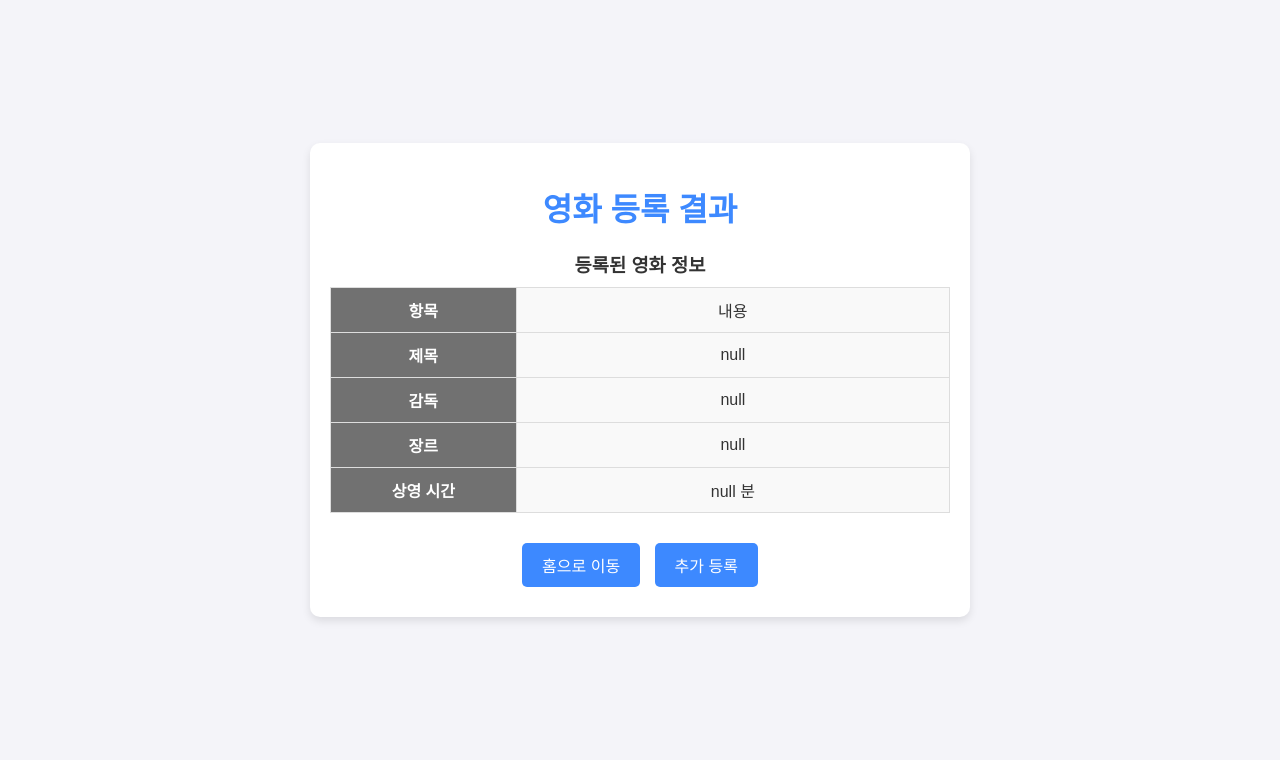
Repository: s00ngle/SSAFY-BE
Page: http://localhost/back_db_ws_01_2/regist_result.jsp
An editor plug-in stored every save of this project. The page is shown before and after the next save, followed by the edit.
The browser window is 1280 px wide. The pictures show the whole page.
The page is served by Tomcat 10. The template is opened directly, without the code that normally fills it, so the values that code supplies are empty.

Above is the page before, as saved 2024-09-24 04:35:16.

After the next save:
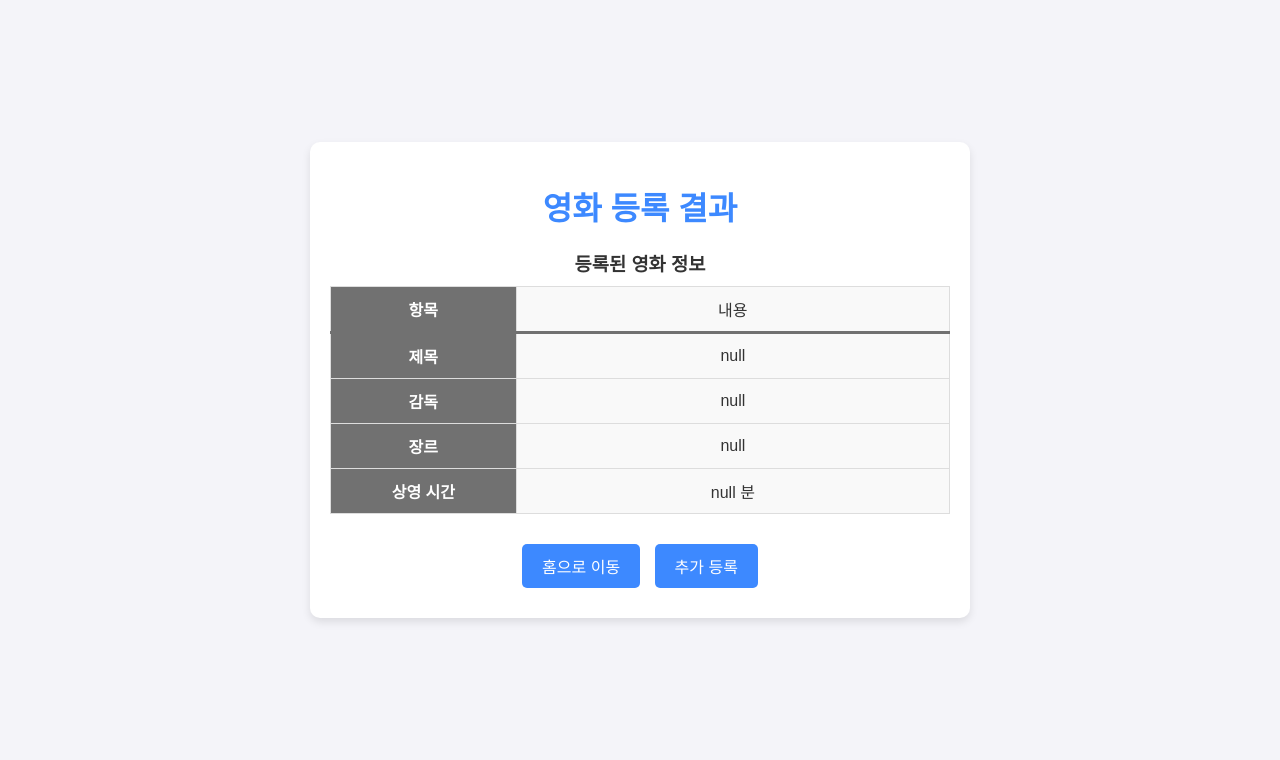
Saved 2 min 1 s later.
--- a/back_db_ws_01_2/src/main/webapp/regist_result.jsp
+++ b/back_db_ws_01_2/src/main/webapp/regist_result.jsp
@@ -61,6 +61,10 @@
             background-color: #f9f9f9;
         }
 
+        tr:first-child th, tr:first-child td {
+            border-bottom: 3px solid #717171; /* 두껍게 하고 싶은 테두리 설정 */
+        }
+
         a {
             display: inline-block;
             margin: 10px 5px;

After the 2 saves that followed:
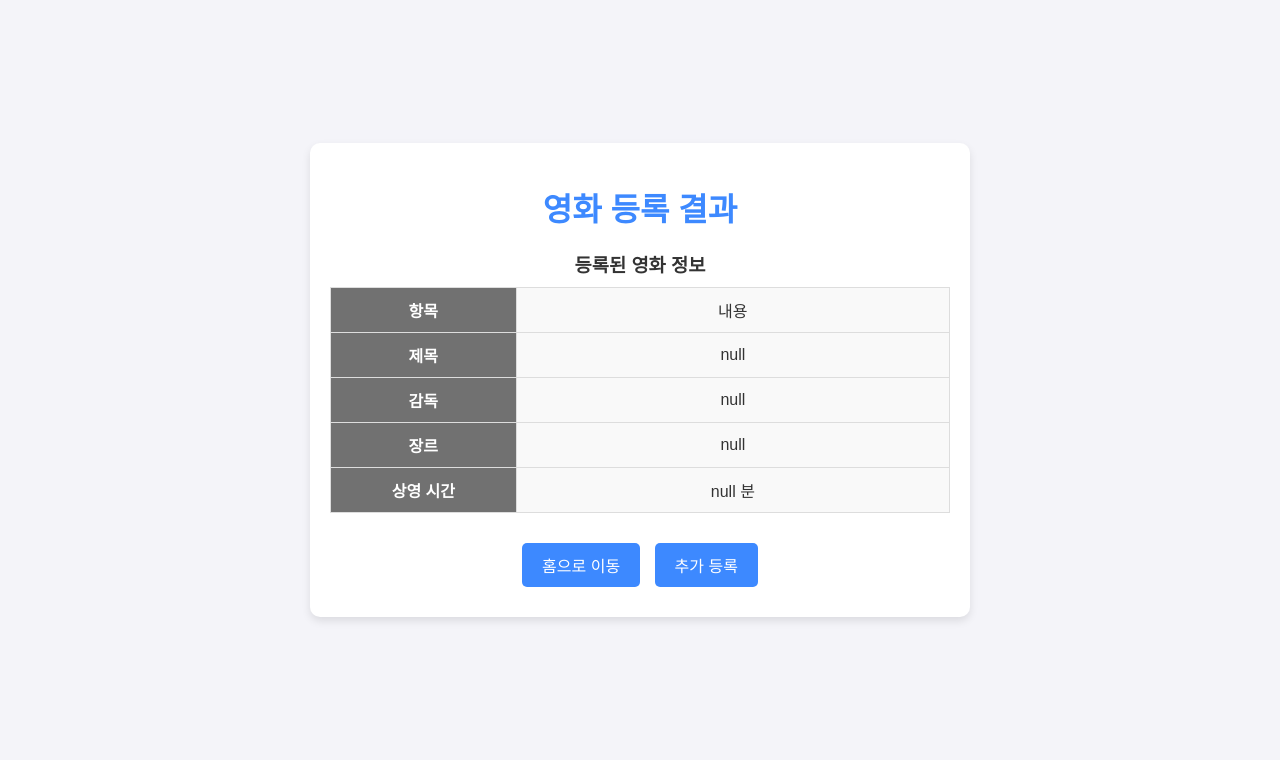
The 2 saves are shown as one change because 1 left the picture as it was.
The last was saved 20 s later.
--- a/back_db_ws_01_2/src/main/webapp/regist_result.jsp
+++ b/back_db_ws_01_2/src/main/webapp/regist_result.jsp
@@ -61,10 +61,6 @@
             background-color: #f9f9f9;
         }
 
-        tr:first-child th, tr:first-child td {
-            border-bottom: 3px solid #717171; /* 두껍게 하고 싶은 테두리 설정 */
-        }
-
         a {
             display: inline-block;
             margin: 10px 5px;
